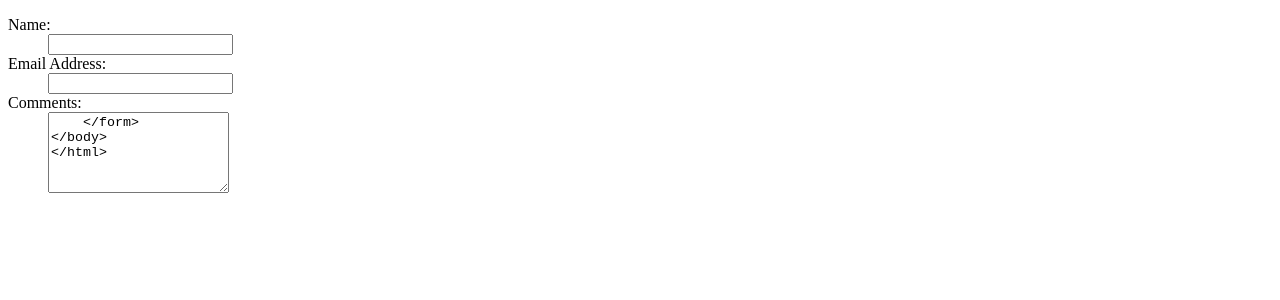
Repository: NetGary0430/htdocs
Page: http://localhost/action.php
The author's editor kept a copy of each file at every save. The page is drawn from the files as they stood at one save, then again after the next save.
The browser window is 1280 px wide. The pictures show the whole page.
The page is run by PHP 8.4 with error messages shown; the project is at /var/www/html/.

Above is the page before, as saved 2025-03-09 16:50:58.

After the next save:
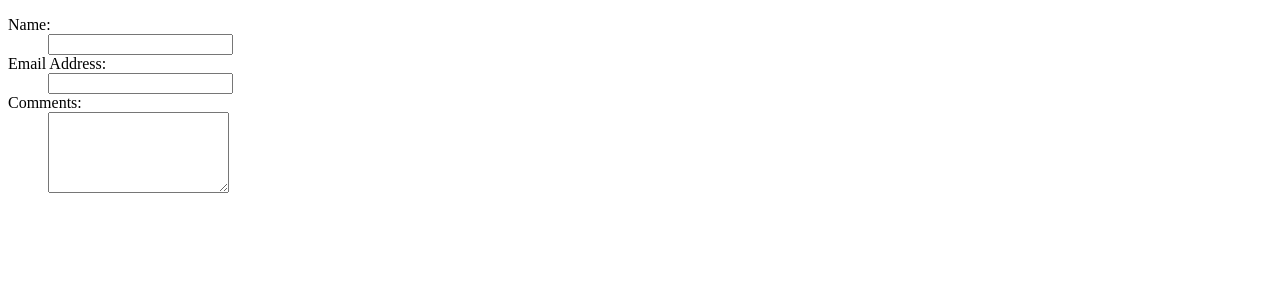
Saved 6 s later.
--- a/action.php
+++ b/action.php
@@ -13,7 +13,7 @@
             <dt>Email Address:
             <dd><input type = "test" name = "mail">
             <dt>Comments:
-            <dd><textarea rows = "5" cols = "20" name = "comment"
+            <dd><textarea rows = "5" cols = "20" name = "comment"></textarea>
         </dl>
     </form>
 </body>
